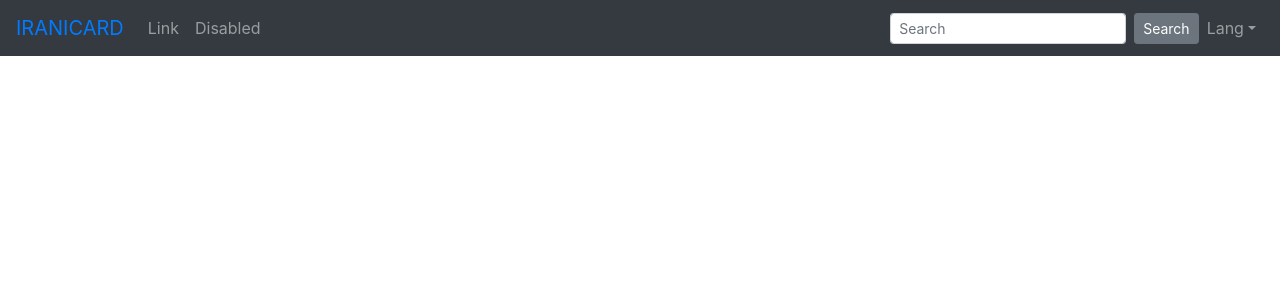
Repository: hosseinemami1370/iranicard
Page: /user
An editor plug-in stored every save of this project. The page is shown before and after the next save, followed by the edit.
The browser window is 1280 px wide. The pictures show the whole page.
The page's requests for data from a server got no answer. The project was rebuilt for these pictures with package versions that can differ from the ones it lists, and the page was loaded fresh each time. The framework's server and built-in components were replaced by stand-ins that run in the browser. No one was signed in, and anything a server would have sent is missing. Also part of the build but not shown: nuxt.config.js, components/Header.vue, components/Logo.vue, components/UI/AppButton.vue, layouts/admin.vue, layouts/error.vue.

Above is the page before, as saved 2021-03-16 01:03:52.

After the next save:
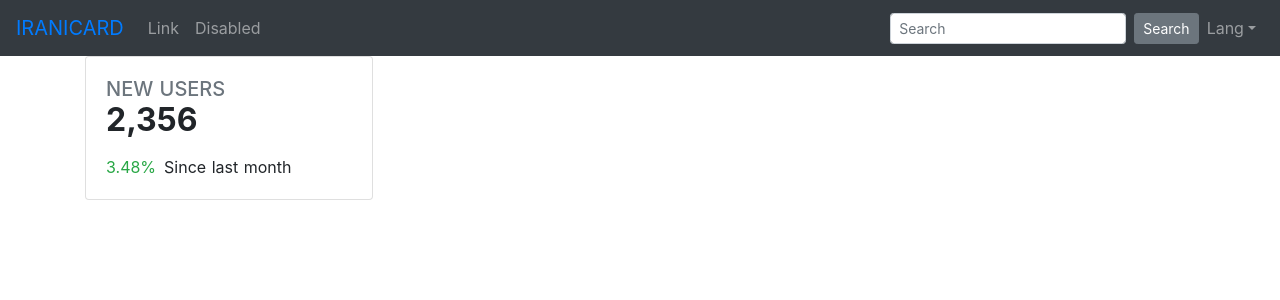
Saved 6 s later.
--- a/pages/user/index.vue
+++ b/pages/user/index.vue
@@ -1,6 +1,27 @@
 <template>
   <b-container class="bv-example-row">
-
+   <div style="width: 18rem;">
+  <div class="card card-stats">
+    <!-- Card body -->
+    <div class="card-body">
+      <div class="row">
+        <div class="col">
+            <h5 class="card-title text-uppercase text-muted mb-0">New users</h5>
+            <span class="h2 font-weight-bold mb-0">2,356</span>
+        </div>
+        <div class="col-auto">
+          <div class="icon icon-shape bg-orange text-white rounded-circle shadow">
+              <i class="ni ni-chart-pie-35"></i>
+          </div>
+        </div>
+      </div>
+      <p class="mt-3 mb-0 text-sm">
+          <span class="text-success mr-2"><i class="fa fa-arrow-up"></i> 3.48%</span>
+          <span class="text-nowrap">Since last month</span>
+      </p>
+    </div>
+  </div>
+</div>
     <!-- <b-row>
       <b-col>
         <div>
